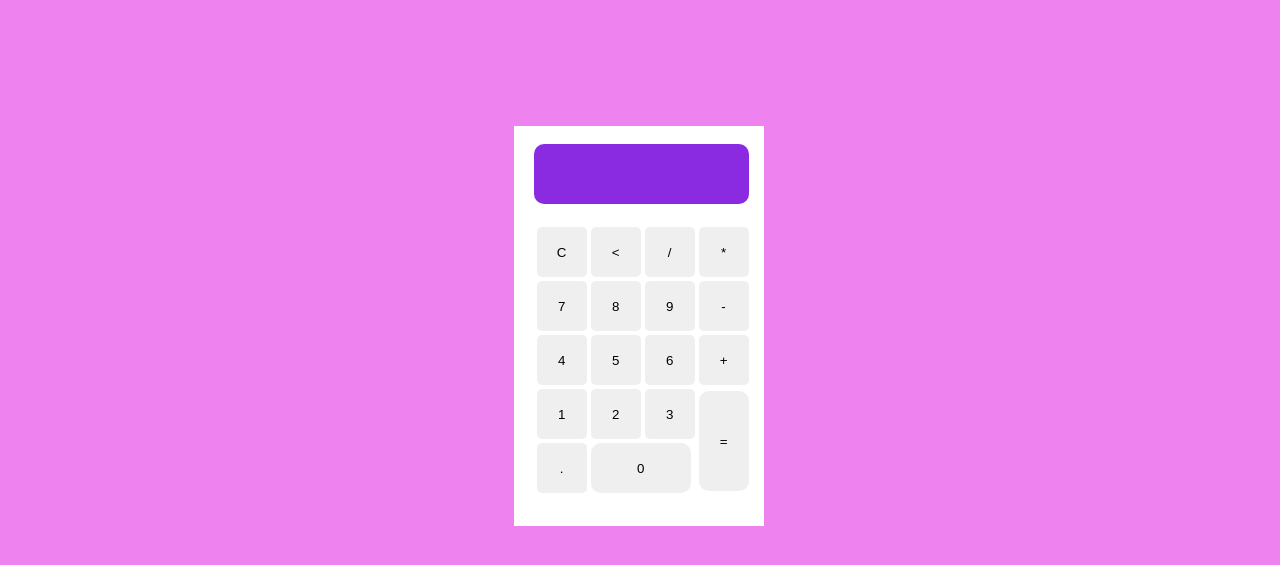
Repository: mariele-huff/calculadora
Page: index.html
An editor plug-in stored every save of this project. The page is shown before and after the next save, followed by the edit.
The browser window is 1280 px wide. The pictures show the whole page.

Above is the page before, as saved 2022-08-14 12:26:21.

After the next save:
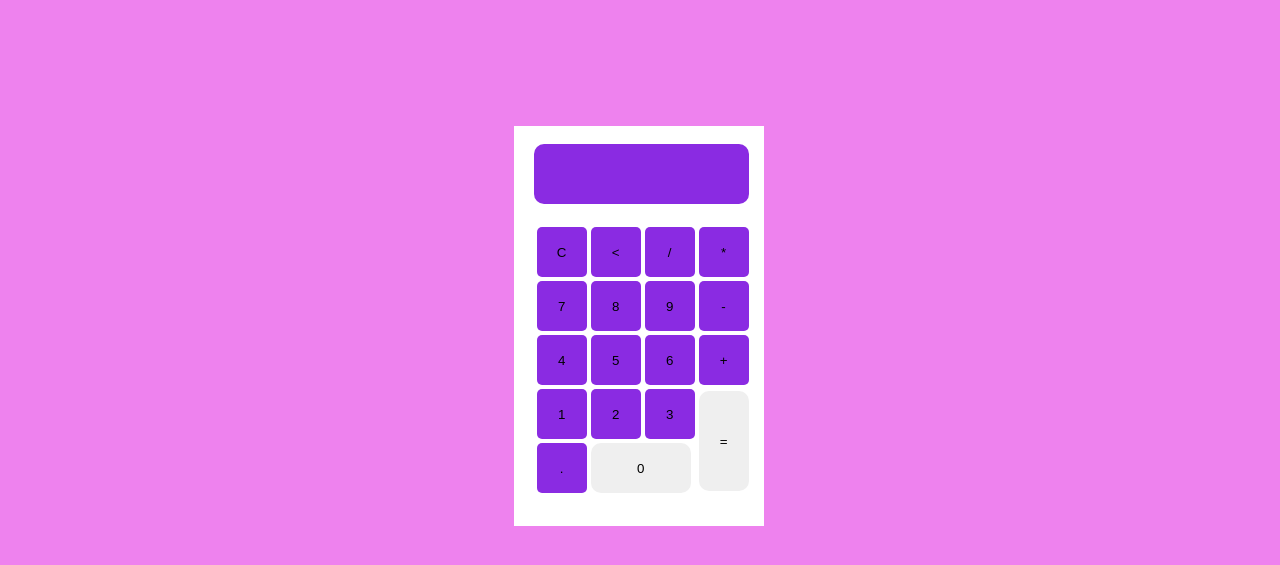
Saved 14 s later.
--- a/style.css
+++ b/style.css
@@ -15,6 +15,7 @@
     width: 50px;
     border-width: inherit;
     border-radius: 5px;
+    background-color: blueviolet;
     transition: 0.3s ease-in-out;
    }
 

After the save that followed:
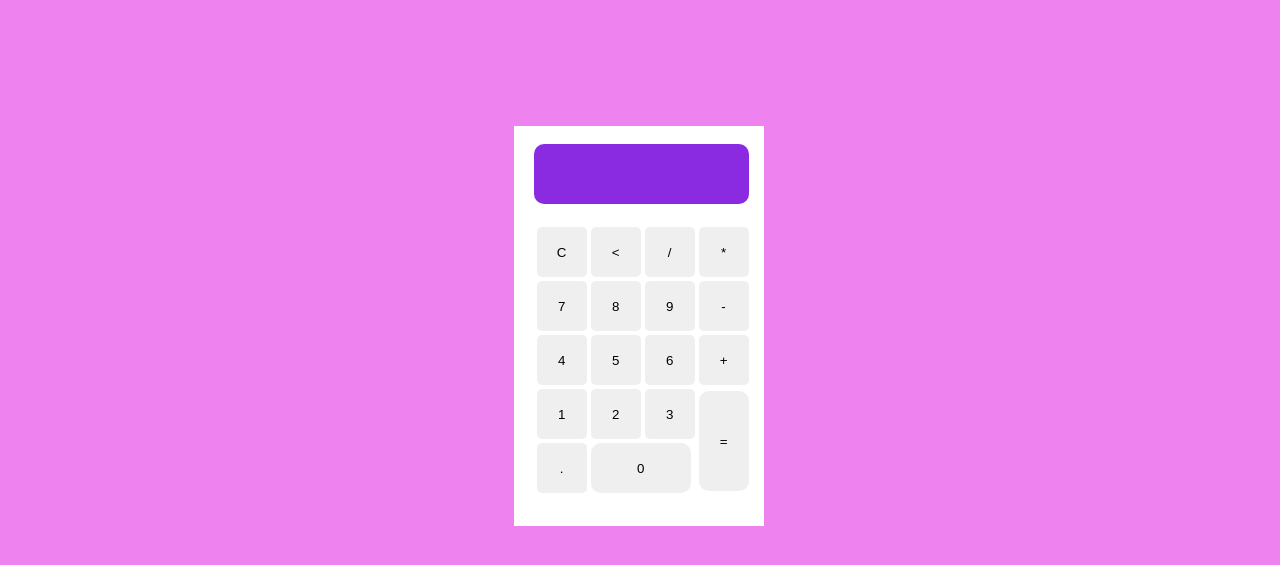
Saved 9 s later.
--- a/style.css
+++ b/style.css
@@ -15,7 +15,6 @@
     width: 50px;
     border-width: inherit;
     border-radius: 5px;
-    background-color: blueviolet;
     transition: 0.3s ease-in-out;
    }
 
